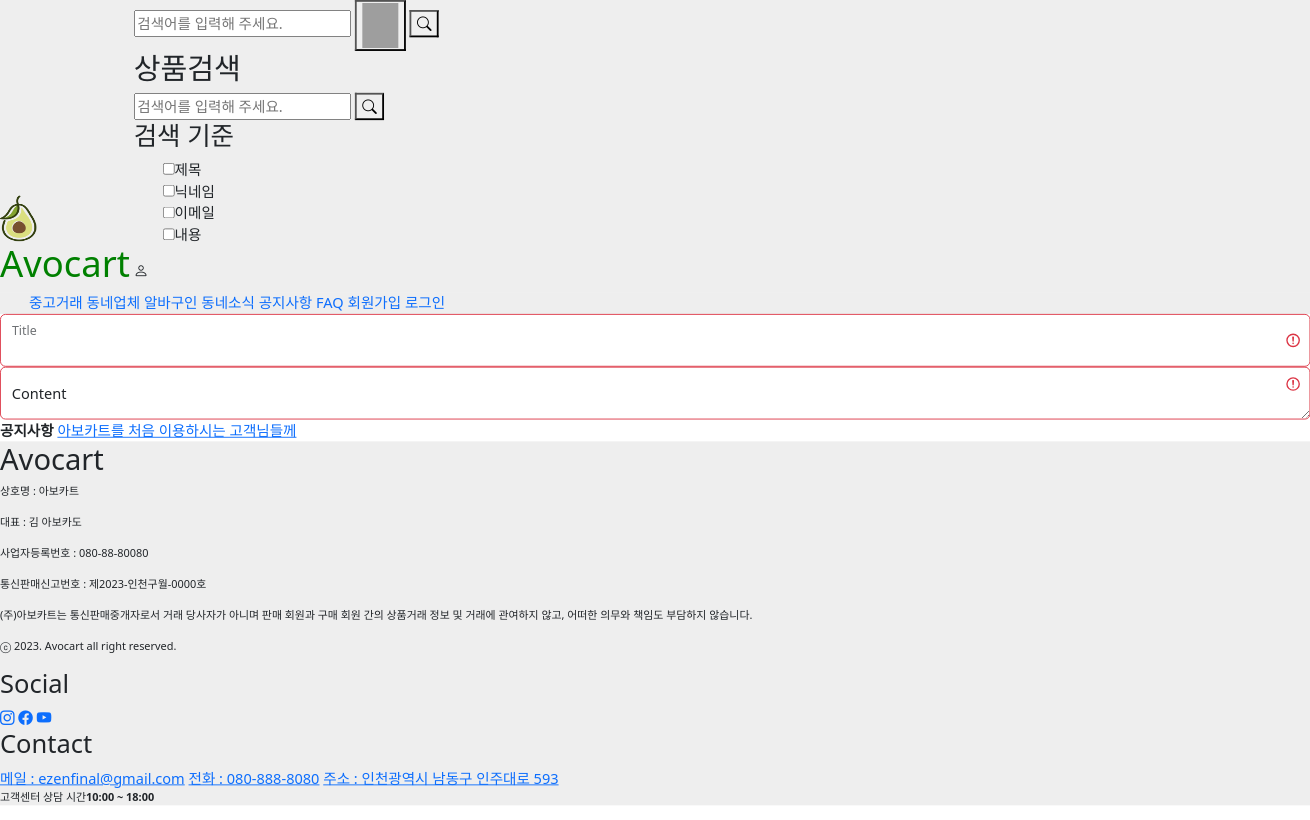
Repository: kimms0311/finalProject
Page: http://localhost/finalProject/WEB-INF/views/joongo/register.jsp
An editor plug-in stored every save of this project. The page is shown before and after the next save, followed by the edit.
The browser window is 1280 px wide. The page is 1440 px wide, so the pictures cover 1440 px, including what lies to the right of the window. The pictures show the whole page, at 91% of full size.
Pictures or frames that could not be fetched are drawn as grey boxes. The page is served by Tomcat 9. Nobody is signed in. Other server files are loaded and not shown. The template is opened directly, without the code that normally fills it, so the values that code supplies are empty.

Above is the page before, as saved 2023-11-15 11:13:07.

### finalProject/src/main/webapp/WEB-INF/views/joongo/register.jsp
<%@ page language="java" contentType="text/html; charset=UTF-8"
    pageEncoding="UTF-8"%>
<!DOCTYPE html>
<html>
<head>
<meta charset="UTF-8">
<title>Insert title here</title>
</head>
<body>
<jsp:include page="../common/header.jsp" />
<div class="bodyContainer">
<form action="/joongo/register" method="post">
	<div class="form-floating">
		<input type="text" class="form-control is-invalid" id="title" name="proTitle">
		<label for="title">Title</label>
	</div>
	<div class="form-floating">
		<textarea class="form-control is-invalid" id="content" placeholder="중고거래 물품 설명"></textarea>
		<label for="content">Content</label>
	</div>
</form>
</div>
<jsp:include page="../common/footer.jsp" />
</body>
</html>

### finalProject/src/main/webapp/WEB-INF/views/common/header.jsp
<%@ page language="java" contentType="text/html; charset=UTF-8"
    pageEncoding="UTF-8"%>
<%@ taglib uri="http://java.sun.com/jsp/jstl/core" prefix="c"%>
<%@ taglib uri="http://www.springframework.org/security/tags" prefix="sec" %>
<!DOCTYPE html>
<html>
<head>
<meta charset="UTF-8">
<title>Insert title here</title>
<link rel="stylesheet" href="../resources/css/page.css">
<link href="https://cdn.jsdelivr.net/npm/bootstrap@5.3.1/dist/css/bootstrap.min.css" rel="stylesheet" integrity="sha384-4bw+/aepP/YC94hEpVNVgiZdgIC5+VKNBQNGCHeKRQN+PtmoHDEXuppvnDJzQIu9" crossorigin="anonymous">
<script src="https://cdn.jsdelivr.net/npm/bootstrap@5.3.1/dist/js/bootstrap.bundle.min.js" integrity="sha384-HwwvtgBNo3bZJJLYd8oVXjrBZt8cqVSpeBNS5n7C8IVInixGAoxmnlMuBnhbgrkm" crossorigin="anonymous"></script>
<link rel="stylesheet" href="https://cdn.jsdelivr.net/npm/bootstrap-icons@1.10.5/font/bootstrap-icons.css">
</head>
<body>

<div class="headerContainer">
   <header>
      <div class="logoSec">
         <img alt="logo" src="../resources/image/avocartLogo.png">
         <h1><a href="/">Avocart</a></h1>
      </div>
      <div class="searchSec">
         <form action="/common/search" method="post">
            <input type="search" id="searchInput" placeholder="검색어를 입력해 주세요.">
            <button type="button"><img width="24" height="24" src="https://img.icons8.com/plumpy/24/macos-close.png" alt="macos-close"/></button>
            <button type="button" class="openMenu">
               <i class="bi bi-search"></i>
            </button>
            <div class="searchMenu off">
               <h2>상품검색</h2>
               <input type="search" id="keyword" name="keyword" placeholder="검색어를 입력해 주세요.">
               <button type="submit">
                  <i class="bi bi-search"></i>
               </button>
               <h3>검색 기준</h3>
               <ul>
                  <li><input type="checkbox" name="srcCondit" id="ck_title" value="title"><label for="ck_title">제목</label></li>
                  <li><input type="checkbox" name="srcCondit" id="ck_nickname" value="nickname"><label for="ck_nickname">닉네임</label></li>
                  <li><input type="checkbox" name="srcCondit" id="ck_email" value="email"><label for="ck_email">이메일</label></li>
                  <li><input type="checkbox" name="srcCondit" id="ck_content" value="content"><label for="ck_content">내용</label></li>
               </ul>
               <!-- <h3>게시판 선택</h3>
               <ul>
                  <li><input type="checkbox" name="srcCondit" id="title" value="title"><label for="title">제목</label></li>
                  <li><input type="checkbox" name="srcCondit" id="nickname" value="nickname"><label for="nickname">닉네임</label></li>
                  <li><input type="checkbox" name="srcCondit" id="email" value="email"><label for="email">이메일</label></li>
                  <li><input type="checkbox" name="srcCondit" id="content" value="content"><label for="content">내용</label></li>
               </ul> -->
               <!-- <button type="button" id="checkCondit">확인</button> -->
            </div>
         </form>
         <i id="my" class="bi bi-person"></i>
         <!-- 로그인 후 오픈되어야 할 메뉴 -->
         <sec:authorize access="isAuthenticated()">
           <sec:authentication property="principal.mvo.memEmail" var="authEmail" />
            <div id="myMenu" class="off">
               <ul>
                  <li><a href="/hmember/detail?memEmail=${authEmail }">마이페이지</a></li>
                  <li><a href="#" id="logoutLink">로그아웃</a></li>
                  <form action="/member/logout" method="post" id="logoutForm">
                       <input type="hidden" name="memEmail" value="${authEmail }">
                  </form>
               </ul>
            </div>
         </sec:authorize>
      </div>
   </header>
   <nav>
      <ul>
         <li><a href="/joongo/list">중고거래</a></li>
         <li><a href="/store/list">동네업체</a></li>
         <li><a href="/job/list">알바구인</a></li>
         <li><a href="/community/list">동네소식</a></li>
         <li><a href="#">공지사항</a></li>
         <li><a href="#">FAQ</a></li>

           <!-- 로그인 전 오픈되어야 할 메뉴 -->
         <sec:authorize access="isAnonymous()">
            <li><a href="/member/register">회원가입</a></li>
            <li><a href="/member/login">로그인</a></li>
         </sec:authorize>
      </ul>
   </nav>
</div>

<script type="text/javascript" src="/resources/js/header.js"></script>
</body>
</html>

### finalProject/src/main/webapp/WEB-INF/views/common/footer.jsp
<%@ page language="java" contentType="text/html; charset=UTF-8"
    pageEncoding="UTF-8"%>
<!DOCTYPE html>
<html>
<head>
<meta charset="UTF-8">
<title>Insert title here</title>
</head>
<body>
<footer>
	<section class="infoSec">
		<div>
			<b>공지사항</b>
			<a href="#">아보카트를 처음 이용하시는 고객님들께</a>
		</div>
	</section>
	<div class="footerContainer">
		<div class="mainSec">
			<h2>Avocart</h2>
			<p>상호명 : 아보카트</p>
			<p>대표 : 김 아보카도</p>
			<p>사업자등록번호 : 080-88-80080</p>
			<p>통신판매신고번호 : 제2023-인천구월-0000호</p>
			<p>(주)아보카트는 통신판매중개자로서 거래 당사자가 아니며 판매 회원과 구매 회원 간의 상품거래 정보 및 거래에 관여하지 않고, 어떠한 의무와 책임도 부담하지 않습니다.</p>
			<p>ⓒ 2023. Avocart all right reserved.</p>
		</div>
		<div class="socialSec">
			<h3>Social</h3>
			<a href="#"><i class="bi bi-instagram"></i></a>
			<a href="#"><i class="bi bi-facebook"></i></a>
			<a href="#"><i class="bi bi-youtube"></i></a>
		</div>
		<div class="contactSec">
			<h3>Contact</h3>
			<a href="mailto:ezenFinal@gmail.com">메일 : ezenfinal@gmail.com</a>
			<a href="tel:080-888-8080">전화 : 080-888-8080</a>
			<a href="https://kko.to/k2pByw0PdA" target="_blank">주소 : 인천광역시 남동구 인주대로 593</a>
			<p>고객센터 상담 시간<b>10:00 ~ 18:00</b></p>
		</div>
	</div>
</footer>
</body>
</html>

### finalProject/src/main/webapp/resources/css/page.css
@import url("reset.css");
@import url("global.css");

### finalProject/src/main/webapp/resources/css/global.css
.headerContainer{
}
header{
	width: 1440px;
	margin: 0 auto;
	background-color: #eeeeee;
}
header>*{
	display: inline-block;
}
header img{
	width: 40px;
	height: 50px;
}
header h1 a{
	text-decoration: none;
	color: green;
}
nav{
	width: 1440px;
	margin: 0 auto;
	background-color: #eeeeee;

}
nav ul{
	display: inline;
}
nav ul li{
	display: inline-block;
}
nav ul li a{
	text-decoration: none;

}


.bodyContainer{
	margin: 0 auto;
	width: 1440px;
}

footer .footerContainer{
	margin: 0 auto;
	width: 1440px;
	background-color: #eeeeee;

}

footer{
}
footer p{
	display: block;
	font-size: 12px;
}

Loaded but not shown: finalProject/src/main/webapp/resources/css/reset.css (common file); finalProject/src/main/webapp/resources/js/header.js (no copy from this time; the picture is the same without it)

After the next save:
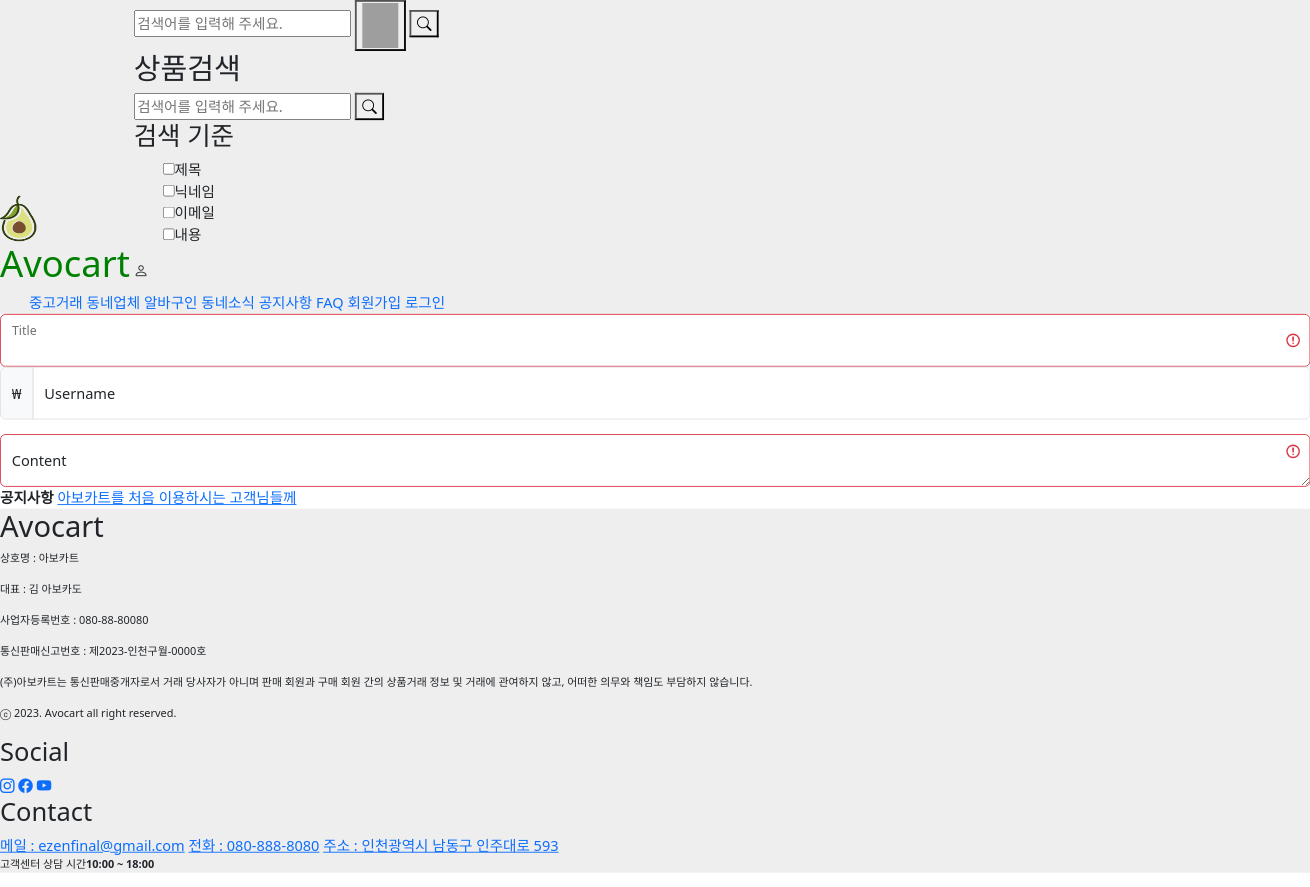
Saved 83 s later.
--- a/finalProject/src/main/webapp/WEB-INF/views/joongo/register.jsp
+++ b/finalProject/src/main/webapp/WEB-INF/views/joongo/register.jsp
@@ -14,6 +14,13 @@
 		<input type="text" class="form-control is-invalid" id="title" name="proTitle">
 		<label for="title">Title</label>
 	</div>
+	<div class="input-group mb-3">
+	  <span class="input-group-text">&#8361;</span>
+	  <div class="form-floating">
+	    <input type="text" class="form-control" id="floatingInputGroup1" placeholder="Username">
+	    <label for="floatingInputGroup1">Username</label>
+	  </div>
+	</div>
 	<div class="form-floating">
 		<textarea class="form-control is-invalid" id="content" placeholder="중고거래 물품 설명"></textarea>
 		<label for="content">Content</label>
